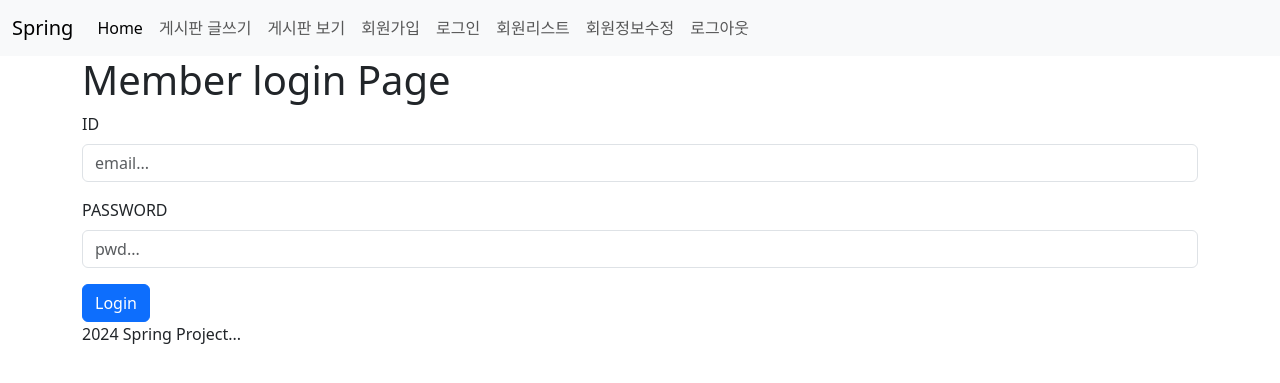
Repository: wanted2001/spring2_project
Page: http://localhost/spring_test2/WEB-INF/views/user/login.jsp
An editor plug-in stored every save of this project. The page is shown before and after the next save, followed by the edit.
The browser window is 1280 px wide. The pictures show the whole page.
The page is served by Tomcat 9. Nobody is signed in. Other server files are loaded and not shown. The template is opened directly, without the code that normally fills it, so the values that code supplies are empty.

Above is the page before, as saved 2024-05-08 05:36:55.

### spring_test2/src/main/webapp/WEB-INF/views/user/login.jsp
<%@ page language="java" contentType="text/html; charset=UTF-8"
	pageEncoding="UTF-8"%>
<%@ taglib uri="http://java.sun.com/jsp/jstl/core" prefix="c"%>
<jsp:include page="../layout/header.jsp" />
<div class="container-md">
	<h1>Member login Page</h1>
	<form action="/user/login" method="post">
		<div class="mb-3">
			<label for="i" class="form-label">ID</label> <input type="text"
				class="form-control" name="email" id="e" placeholder="email...">
		</div>
		<div class="mb-3">
			<label for="p" class="form-label">PASSWORD</label> <input
				type="password" class="form-control" name="pwd" id="p"
				placeholder="pwd...">
		</div>
		<c:if test="${not empty param.errMsg }">
			<div class="mb-3 text-danger">
				<c:choose>
					<c:when test="${param.errMsg eq 'Bad credentials'}">
						<c:set value="이메일 & 비밀번호가 일치하지 않습니다." var="errText"></c:set>
					</c:when>
					<c:otherwise>
						<c:set value="괸리자에게 문의하세요." var="errText"></c:set>
					</c:otherwise>
				</c:choose>
				${errText }
			</div>
		</c:if>

		<button type="submit" class="btn btn-primary">Login</button>
	</form>
</div>
<jsp:include page="../layout/footer.jsp" />

### spring_test2/src/main/webapp/WEB-INF/views/layout/header.jsp
<%@ page language="java" contentType="text/html; charset=UTF-8"
    pageEncoding="UTF-8"%>
<%@taglib uri="http://java.sun.com/jsp/jstl/core" prefix="c" %>
<%@taglib uri="http://www.springframework.org/security/tags" prefix="sec" %>
<!DOCTYPE html>
<html>
<head>
<meta charset="UTF-8">
<title>header.jsp</title>
<link href="/resources/css/bootstrap.min.css" rel="stylesheet"  crossorigin="anonymous">
<script src="/resources/js/bootstrap.bundle.min.js"  crossorigin="anonymous"></script>
</head>
<body>
<nav class="navbar navbar-expand-lg bg-body-tertiary">
  <div class="container-fluid">
    <a class="navbar-brand" href="/">Spring</a>
    <button class="navbar-toggler" type="button" data-bs-toggle="collapse" data-bs-target="#navbarSupportedContent" aria-controls="navbarSupportedContent" aria-expanded="false" aria-label="Toggle navigation">
      <span class="navbar-toggler-icon"></span>
    </button>
    <div class="collapse navbar-collapse" id="navbarSupportedContent">
      <ul class="navbar-nav me-auto mb-2 mb-lg-0">
        <li class="nav-item">
          <a class="nav-link active" aria-current="page" href="/">Home</a>
        </li>
        <li class="nav-item">
          <a class="nav-link" href="/board/register">게시판 글쓰기</a>
        </li>
        <li class="nav-item">
          <a class="nav-link" href="/board/list">게시판 보기</a>
        </li>
        <li class="nav-item">
          <a class="nav-link" href="/user/register">회원가입</a>
        </li>
        <li class="nav-item">
          <a class="nav-link" href="/user/login">로그인</a>
        </li>
        <li class="nav-item">
          <a class="nav-link" href="#">회원리스트</a>
        </li>
        <li class="nav-item">
          <a class="nav-link" href="#">회원정보수정</a>
        </li>
        <li class="nav-item">
          <a class="nav-link" href="#">로그아웃</a>
        </li>


       <%--  <c:if test="${ses.id ne null }">
        <li class="nav-item">
          <a class="nav-link" href="/user/logout">로그아웃</a>
        </li>
        <li class="nav-item">
          <a class="nav-link" href="/user/modify">${ses.id }(${ses.email }) welcome!!!</a>
        </li>
        </c:if> --%>
  	  </ul>
    </div>
  </div>
</nav>

### spring_test2/src/main/webapp/WEB-INF/views/layout/footer.jsp
<%@ page language="java" contentType="text/html; charset=UTF-8"
    pageEncoding="UTF-8"%>
<div class="container-md">
	2024 Spring Project...
</div>

</body>
</html>

Loaded but not shown: spring_test2/src/main/webapp/resources/css/bootstrap.min.css (library); spring_test2/src/main/webapp/resources/js/bootstrap.bundle.min.js (library)

After the next save:
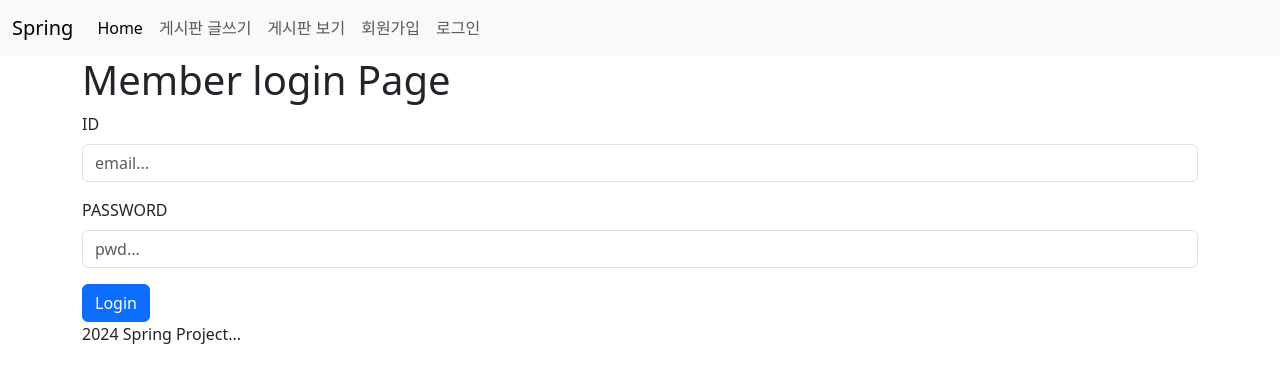
Saved 9 min 40 s later.
--- a/spring_test2/src/main/webapp/WEB-INF/views/layout/header.jsp
+++ b/spring_test2/src/main/webapp/WEB-INF/views/layout/header.jsp
@@ -34,6 +34,9 @@
         <li class="nav-item">
           <a class="nav-link" href="/user/login">로그인</a>
         </li>
+         <!-- 액세스에 권한이 있는지 확인  -->
+        <!-- 현재 사용자의 정보는 principal  -->
+        <sec:authorize acccess="isAuthenticated">
         <li class="nav-item">
           <a class="nav-link" href="#">회원리스트</a>
         </li>
@@ -43,6 +46,7 @@
         <li class="nav-item">
           <a class="nav-link" href="#">로그아웃</a>
         </li>
+        </sec:authorize>
 
 
        <%--  <c:if test="${ses.id ne null }">
